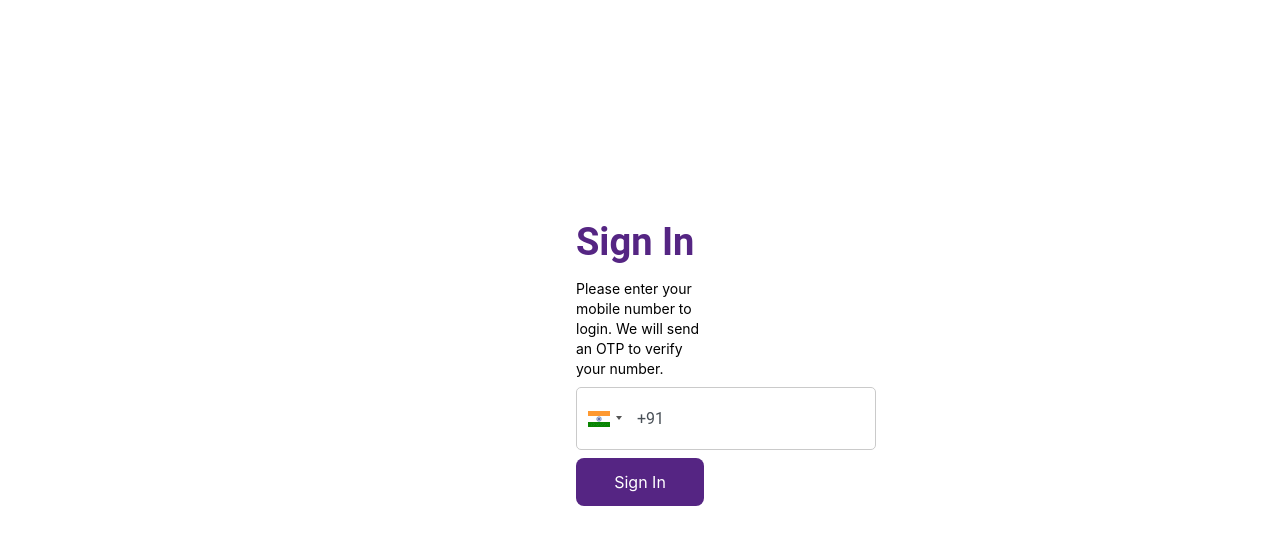
Repository: jayaprakash27/helloar-task
Page: /
These files come from the project's save history. The page is drawn as it stood at one moment and after the next save; the edit follows.
The browser window is 1280 px wide. The pictures show the whole page.
The project was rebuilt for these pictures with package versions that can differ from the ones it lists, and the page was loaded fresh each time.

Above is the page before, as saved 2023-10-26 23:47:57.

After the next save:
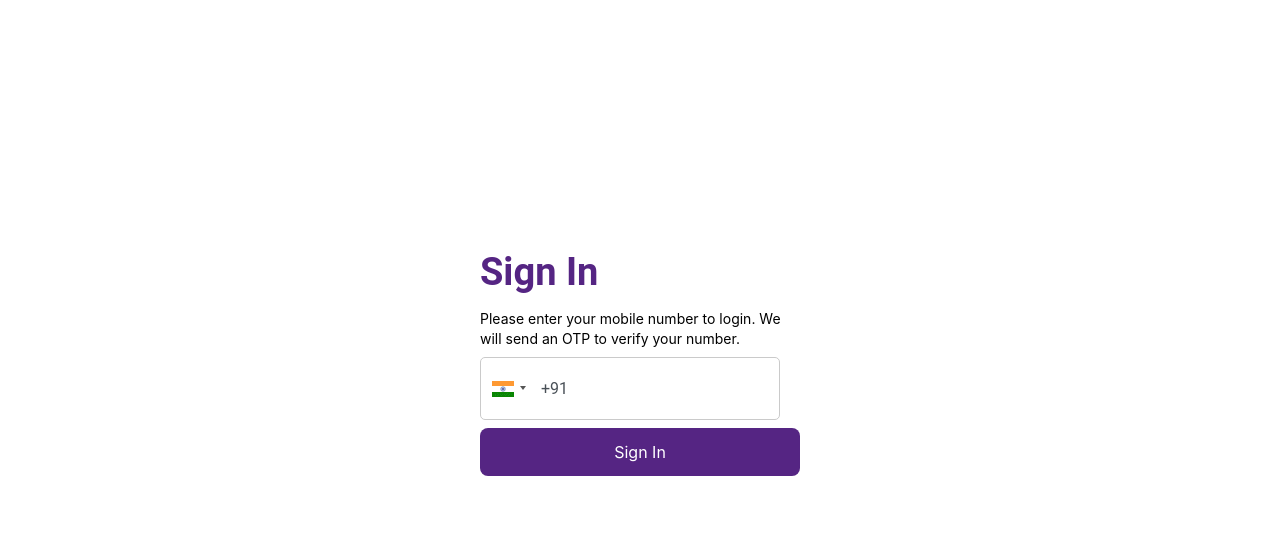
Saved 13 s later.
--- a/src/components/Login.jsx
+++ b/src/components/Login.jsx
@@ -41,7 +41,7 @@ function Login() {
 
   return (
     <div className="login-page">
-      <div className=" login-box flex flex-col w-32 gap-2">
+      <div className=" login-box flex flex-col w-80 gap-2">
         <h1 className=" text-primary-color font-semibold"> Sign In</h1>
         <p className=" text-sm">
           Please enter your mobile number to login. We will send an OTP to
